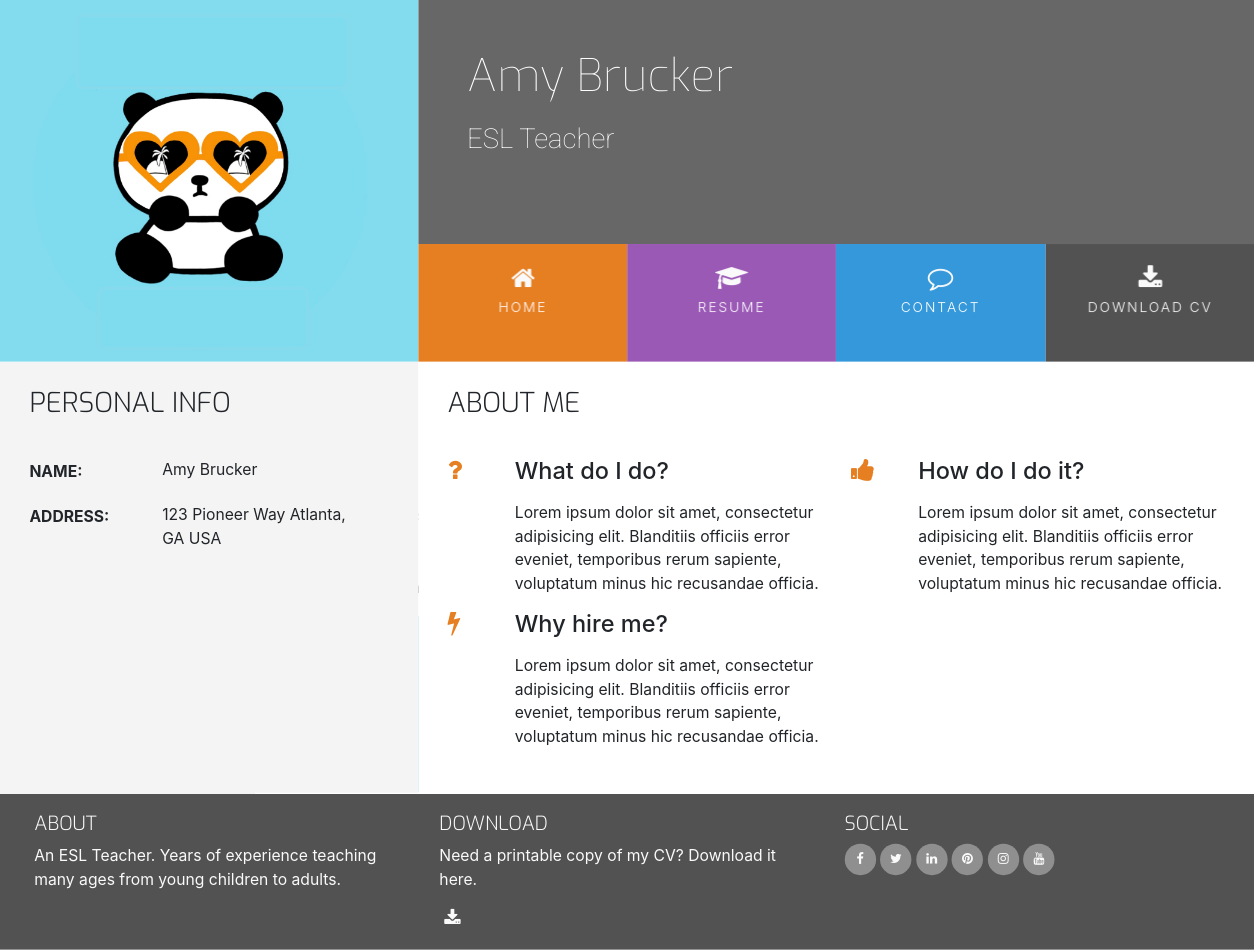
Repository: amybru/resume
Page: index.html
The author's editor kept a record of every edit. The page is drawn from the files as they stood at one moment, then again after the next edit.
The browser window is 1280 px wide. The pictures show the whole page, at 98% of full size.
Some web libraries are served in a nearby version.

Above is the page before.

After the next edit:
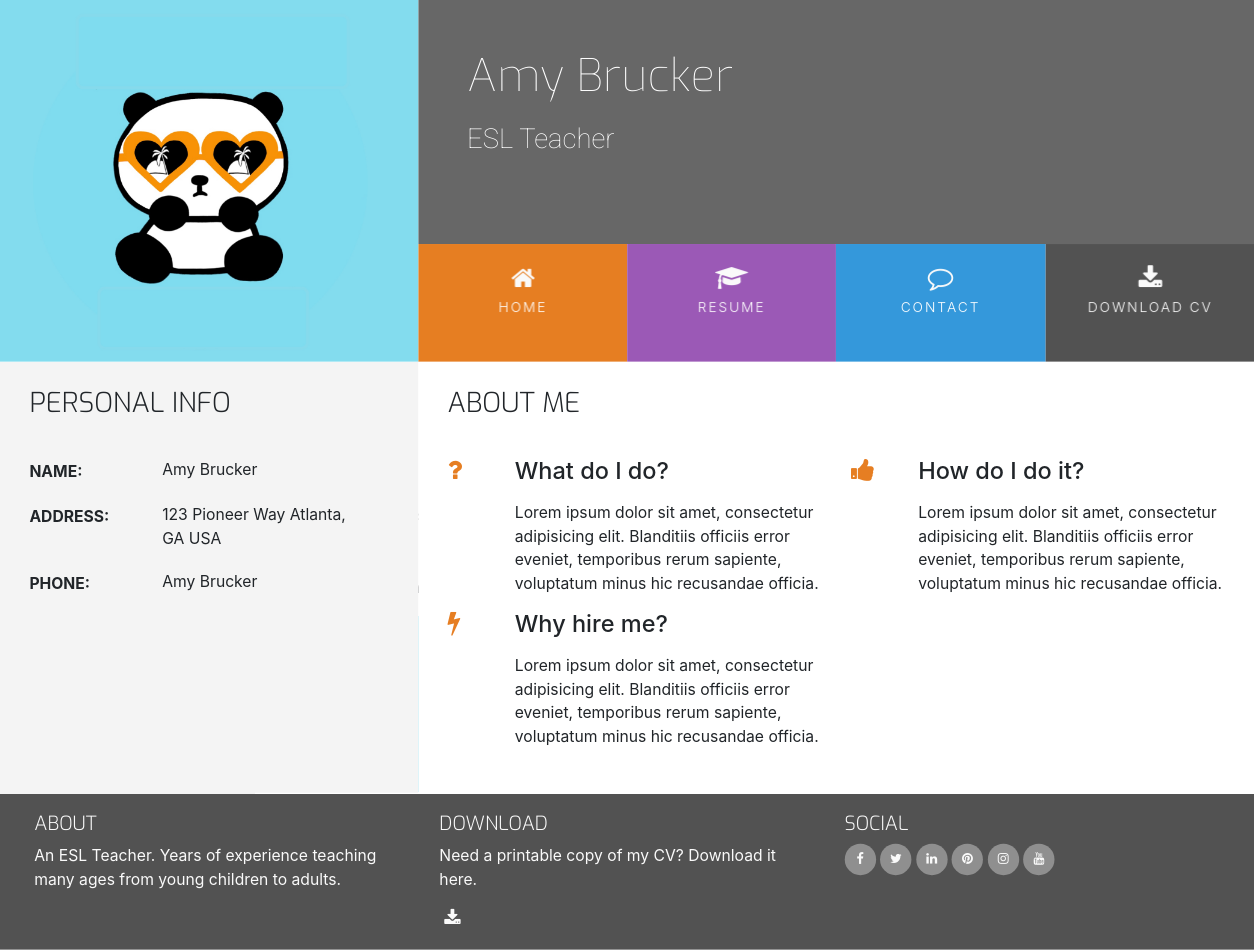
The edit:
--- a/index.html
+++ b/index.html
@@ -78,6 +78,18 @@
                         </p>
                     </div>
                 </div>
+                <div class="personal-info-item">
+                    <div class="key">
+                        <p class="uppercase">
+                            Phone:
+                        </p>
+                    </div>
+                    <div class="value">
+                        <p>
+                            Amy Brucker
+                        </p>
+                    </div>
+                </div>
             </div>
             <div class="col-md-8 bg-color-three-reasons section-column">
                 <div class="row">
